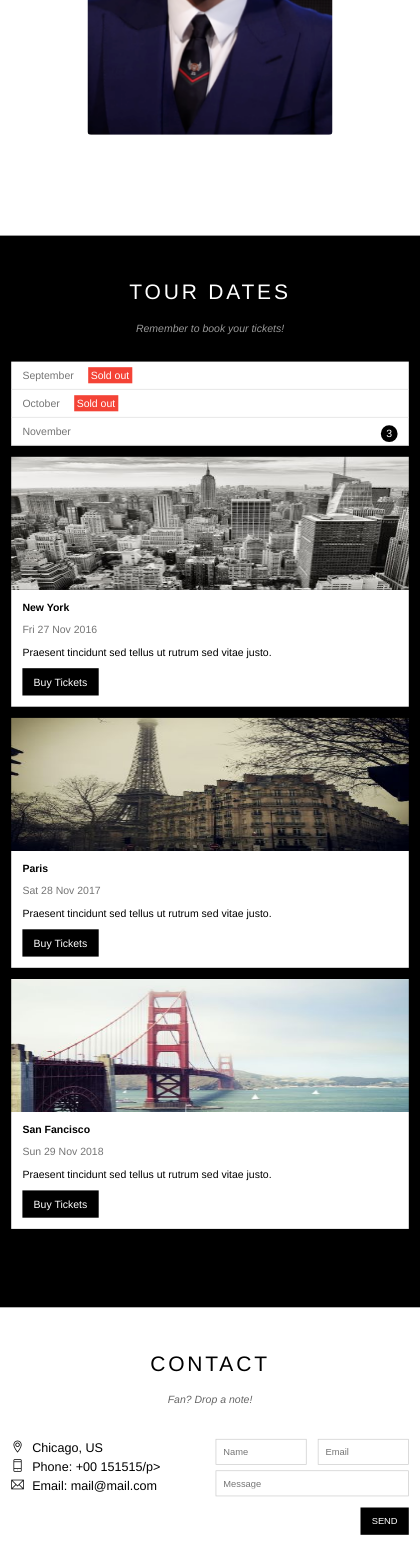
Repository: ThinhTran2k/BigBang-Band-Website
Page: index.html
These files come from the project's save history. The page is drawn as it stood at one moment and after the next save; the edit follows.
The browser window is 600 px wide. The pictures show the part of the page from y = 3311 to 5551 px (the page is 6162 px tall), at 70% of full size.

Above is the page before, as saved 2021-03-16 18:08:39.
Console error: TypeError: Cannot set properties of undefined (setting 'onclick')

After the next save:
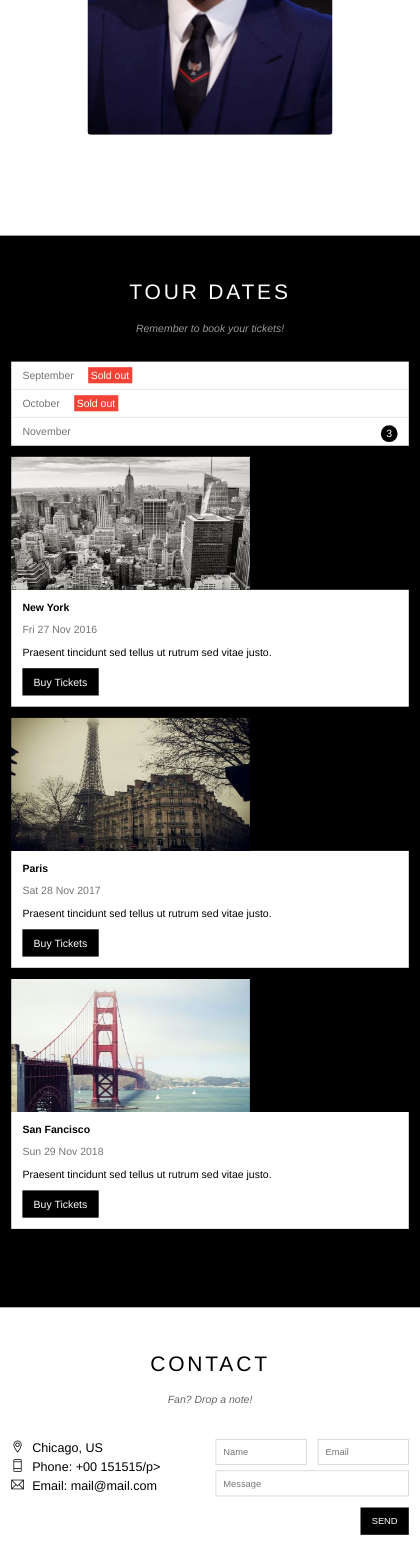
Saved 6 s later.
--- a/asset/css/responsive.css
+++ b/asset/css/responsive.css
@@ -43,4 +43,7 @@
     .place-list {
         display: block;
     }
+    .place-img {
+        width: 60%;
+    }
 }
